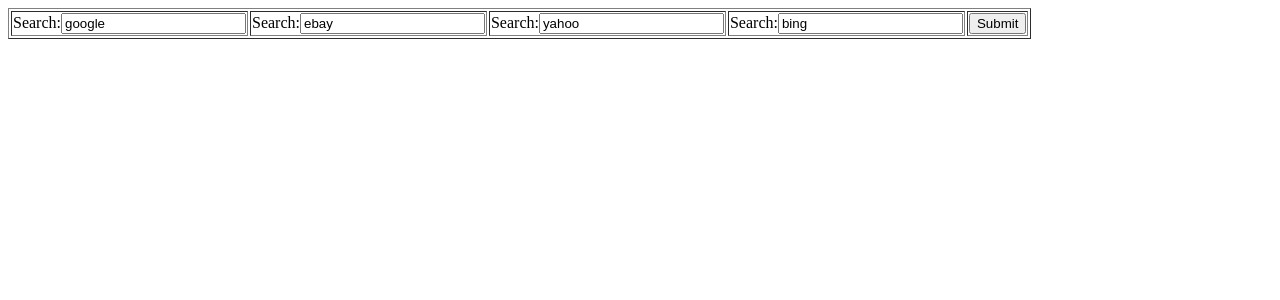
Repository: enrn/cyberCheck
Page: myFirstWebProject/WebContent/SearchEngine.html
An editor plug-in stored every save of this project. The page is shown before and after the next save, followed by the edit.
The browser window is 1280 px wide. The pictures show the whole page.

Above is the page before, as saved 2017-09-23 00:56:16.

After the next save:
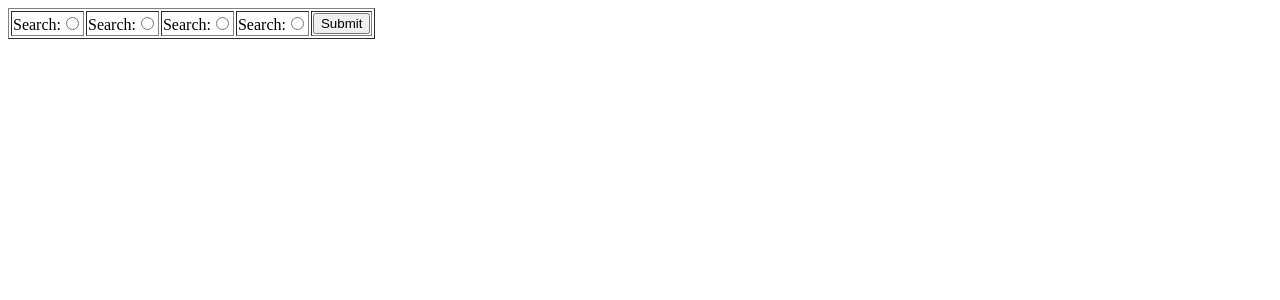
Saved 49 s later.
--- a/myFirstWebProject/WebContent/SearchEngine.html
+++ b/myFirstWebProject/WebContent/SearchEngine.html
@@ -5,13 +5,13 @@
 <title>Search Engine</title>
 </head>
 <body>
-	<form action="/myFirstWebProject/SearchServlet/" method="get">
+	<form action="/myFirstWebProject/SearchEngineServlet/" method="get">
 		<table border=1>
 			<tr>
-				<td>Search:<input type="text" name="name" value="google"></td>
-				<td>Search:<input type="text" name="name" value="ebay"></td>
-				<td>Search:<input type="text" name="name" value="yahoo"></td>
-				<td>Search:<input type="text" name="name" value="bing"></td>
+				<td>Search:<input type="radio" name="name" value="google"></td>
+				<td>Search:<input type="radio" name="name" value="ebay"></td>
+				<td>Search:<input type="radio" name="name" value="yahoo"></td>
+				<td>Search:<input type="radio" name="name" value="bing"></td>
 				<td><input type="submit"></td>
 				</tr>
 
